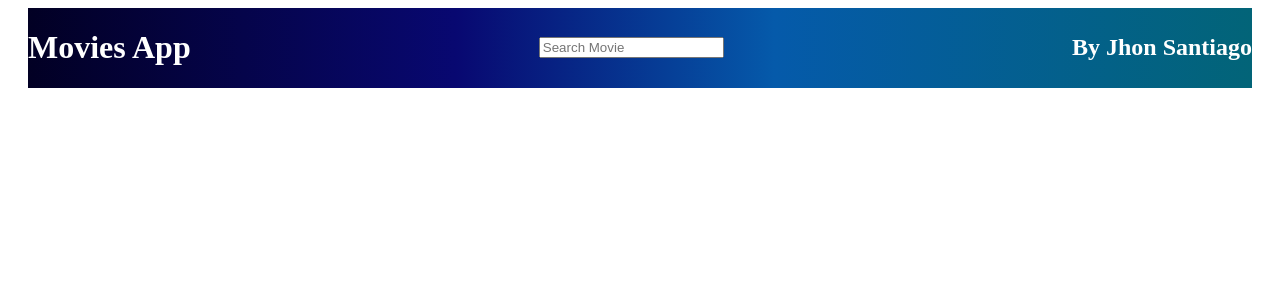
Repository: jhonenmanuel1/movies-get-info-fetch
Page: /
These files come from the project's save history. The page is drawn as it stood at one moment and after the next save; the edit follows.
The browser window is 1280 px wide. The pictures show the whole page.
The page's requests for data from a server got no answer. The project was rebuilt for these pictures with package versions that can differ from the ones it lists, and the page was loaded fresh each time. No one was signed in, and anything a server would have sent is missing. Also part of the build but not shown: src/App.css.

Above is the page before, as saved 2022-06-15 22:00:51.

### src/App.js
import { useEffect, useState } from "react";
import logo from "./logo.svg";
import "./App.css";
import MoviesCard from "./components/moviescard";
import SearchBox from "./components/searchbox";
import MovieHeader from "./components/MovieHeader";

function App() {
  const [movies, setMovies] = useState([]);
  const [searchItem, setSearchItem]= useState('');

  const getMovie = async () => {
    const API = `http://www.omdbapi.com/?s=${searchItem}&apikey=7088e24d`;

    const response = await fetch(API);
    const responseJson = await response.json();
    console.log(searchItem)

    if(responseJson.Search){
      setMovies(responseJson.Search)

    }



  };
  getMovie();

  useEffect(() => {
    getMovie();

  }, [searchItem]);

  return (
    <>
    <div>
      <MovieHeader searchItem={searchItem} setSearchItem={setSearchItem}/>

    </div>
    <div>
    <MoviesCard  movies={movies} />

    </div>

    </>
  );
}

export default App;

### src/components/moviescard.js

export default function MoviesCard(props){
    return (
        <>
            {
                props.movies.map( (movie, index) =><div>
                    <img key={index} src={movie.Poster}></img>
                </div>)
            }
        </>
    )

}

### src/components/searchbox.js



export default function SearchBox(props){
    return<>
        <input
        value={props.value}
        onChange={(event)=> props.setSearchItem(event.target.value)}
         placeholder="Search Movie"></input>
    </>
}

### src/components/MovieHeader.js
import React from "react";
import SearchBox from "./searchbox";
import '../styles/MovieHeader.css'
export default function MovieHeader(props) {
  return (
    < >
      <div className="container-header">
      <div className="wraper-header">
      <h1>Movies App</h1>
        <SearchBox
          searchItem={props.searchItem}
          setSearchItem={props.setSearchItem}
        />
        <h2>By Jhon Santiago</h2>

      </div>

      </div>
    </>
  );
}

### src/styles/MovieHeader.css
.wraper-header{
    color: white;
    display: flex;
    align-items: center;
    justify-content: center;
    justify-content: space-between;
    margin-right: 20px;
    margin-left: 20px;
    background: rgb(2,0,36);
background: linear-gradient(90deg, rgba(2,0,36,1) 0%, rgba(8,8,113,1) 35%, rgba(5,90,170,1) 61%, rgba(2,100,120,1) 100%);
}

Loaded but not shown: public/index.html (common file); src/index.js (common file)

After the next save:
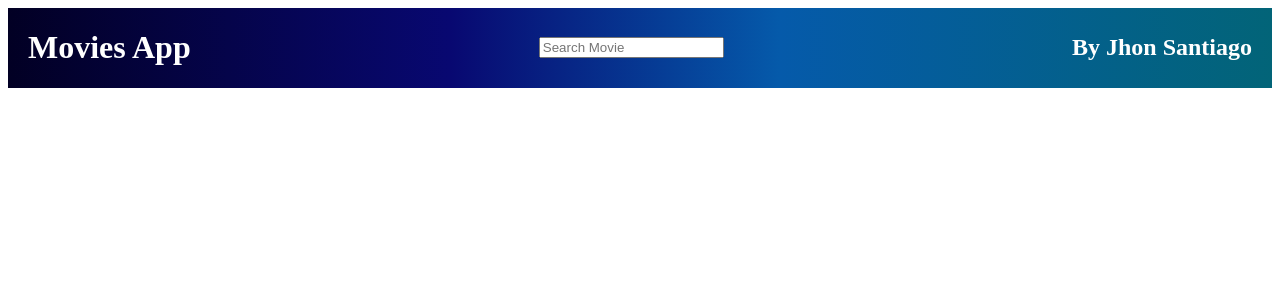
Saved 74 s later.
--- a/src/styles/MovieHeader.css
+++ b/src/styles/MovieHeader.css
@@ -1,3 +1,7 @@
+.container-header{
+    background: rgb(2,0,36);
+    background: linear-gradient(90deg, rgba(2,0,36,1) 0%, rgba(8,8,113,1) 35%, rgba(5,90,170,1) 61%, rgba(2,100,120,1) 100%);
+}
 .wraper-header{
     color: white;
     display: flex;
@@ -6,6 +10,5 @@
     justify-content: space-between;
     margin-right: 20px;
     margin-left: 20px;
-    background: rgb(2,0,36);
-background: linear-gradient(90deg, rgba(2,0,36,1) 0%, rgba(8,8,113,1) 35%, rgba(5,90,170,1) 61%, rgba(2,100,120,1) 100%);
+
 }
